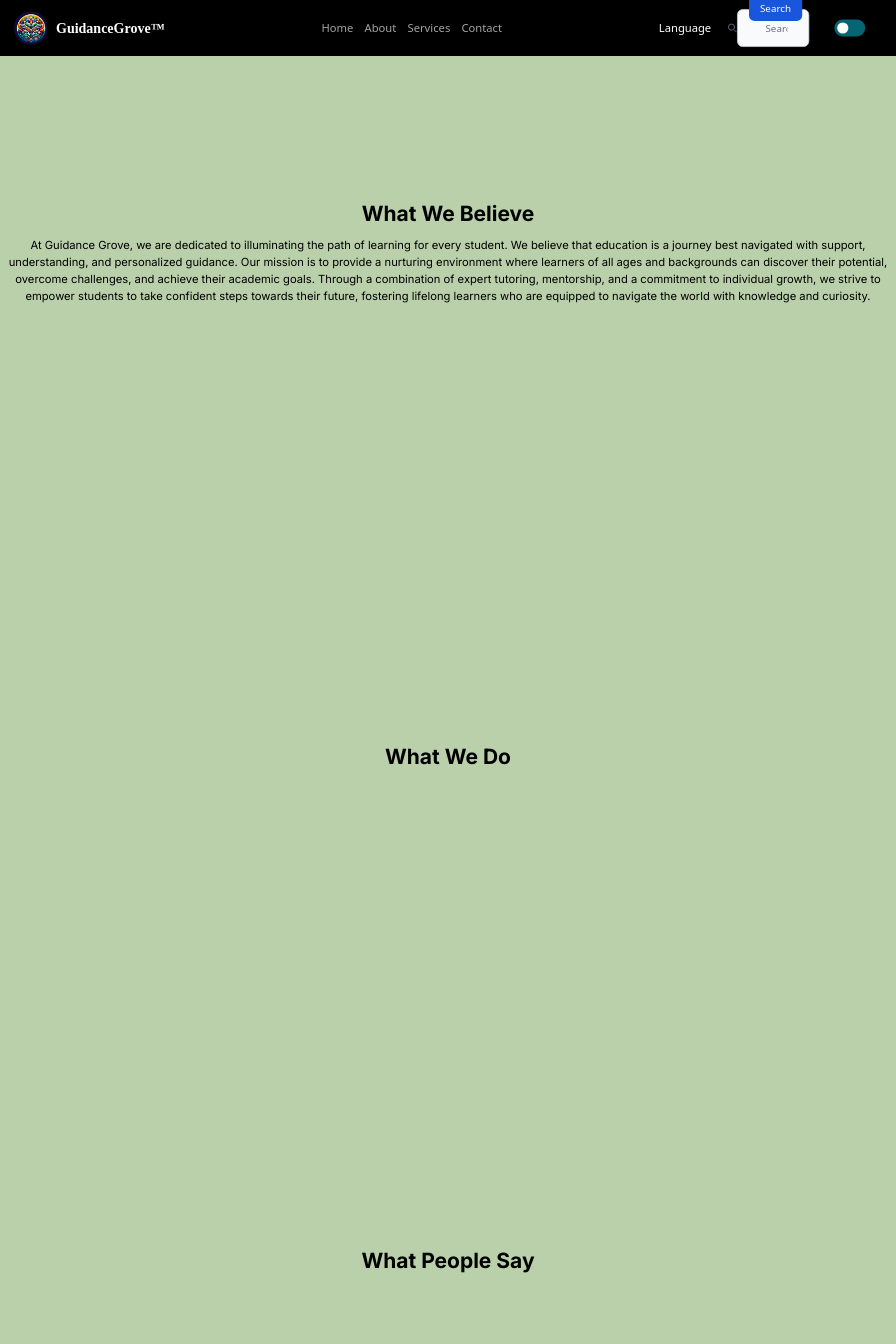
Repository: PositiveGuy/GuidanceGrove
Page: /
These files come from the project's save history. The page is drawn as it stood at one moment and after the next save; the edit follows.
The browser window is 1280 px wide. The pictures show the part of the page from y = 0 to 1920 px (the page is 3874 px tall), at 70% of full size.
The project was rebuilt for these pictures with package versions that can differ from the ones it lists, and the page was loaded fresh each time. The framework's server and built-in components were replaced by stand-ins that run in the browser. Also part of the build but not shown: next.config.js.

Above is the page before, as saved 2023-12-28 14:28:13.

After the next save:
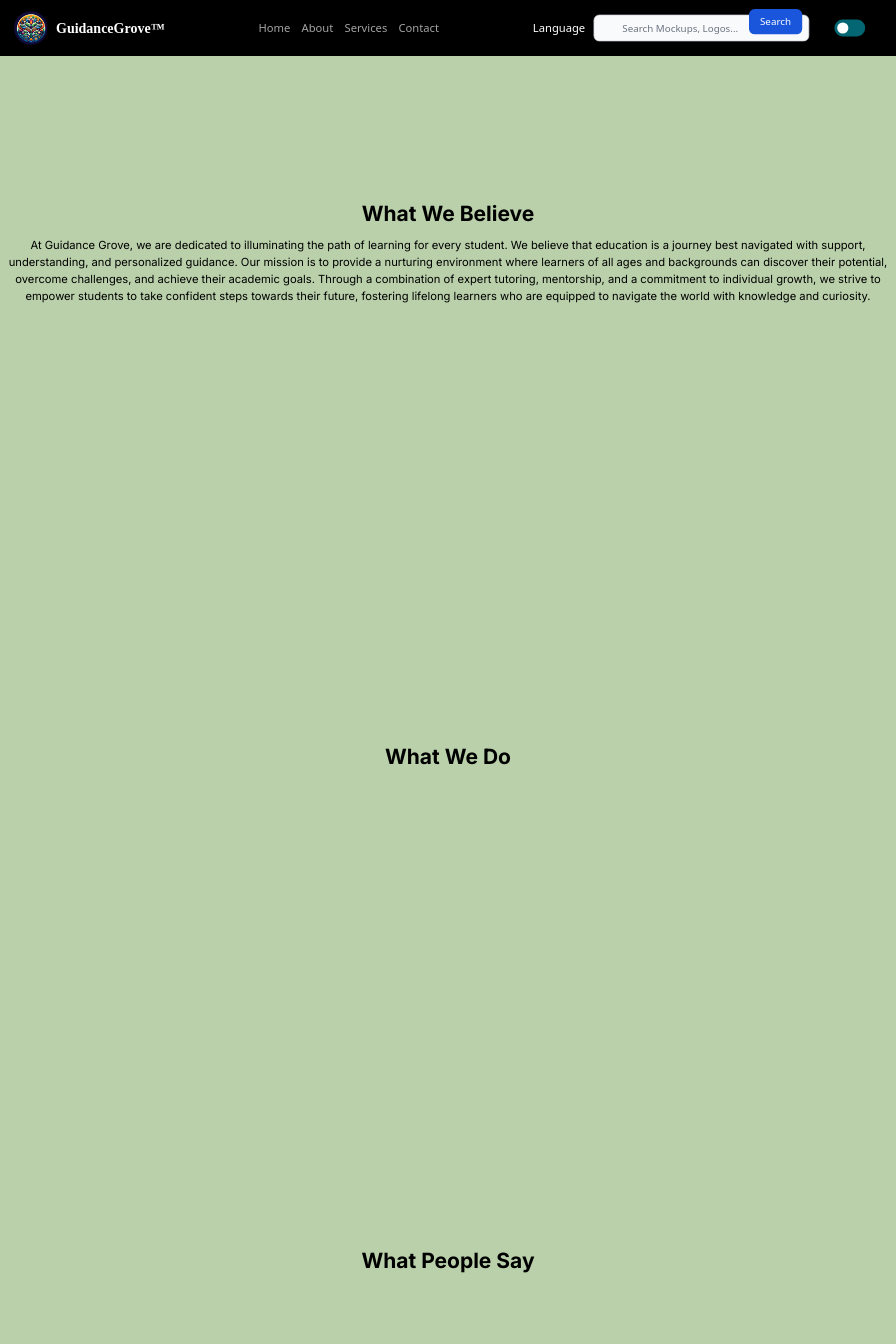
Saved 2 min 0 s later.
--- a/src/components/SearchBar.tsx
+++ b/src/components/SearchBar.tsx
@@ -1,27 +1,22 @@
 export default function SearchBar() {
     return (
-
-
-        <form>
+        <form className="flex items-center">
             <label htmlFor="default-search" className="mb-2 text-sm font-medium text-gray-900 sr-only dark:text-white">Search</label>
-            <div className="relative w-32">
-                <div className="absolute inset-y-0 start-0 flex items-center ps-3 pointer-events-none">
-                    <svg className="w-4 h-4 text-gray-500 dark:text-gray-400" aria-hidden="true" xmlns="http://www.w3.org/2000/svg" fill="none" viewBox="0 0 20 20">
-                        <path stroke="currentColor" stroke-linecap="round" stroke-linejoin="round" stroke-width="2" d="m19 19-4-4m0-7A7 7 0 1 1 1 8a7 7 0 0 1 14 0Z" />
+            <div className="relative flex-grow">
+                <div className="absolute inset-y-0 left-0 flex items-center pl-3 pointer-events-none">
+                    <svg className="w-5 h-5 text-gray-500 dark:text-gray-400" aria-hidden="true" xmlns="http://www.w3.org/2000/svg" fill="none" viewBox="0 0 24 24">
+                        <path strokeLinecap="round" strokeLinejoin="round" strokeWidth={2} d="m19 19-4-4m0-7A7 7 0 1 1 1 8a7 7 0 0 1 14 0Z" />
                     </svg>
-                    <input
-                        type="search"
-                        id="default-search"
-                        className="block w-full p-4 pl-10 text-sm text-gray-900 border border-gray-300 rounded-lg bg-gray-50 focus:ring-blue-500 focus:border-blue-500 dark:bg-gray-700 dark:border-gray-600 dark:placeholder-gray-400 dark:text-white dark:focus:ring-blue-500 dark:focus:border-blue-500"
-                        placeholder="Search Mockups, Logos..."
-                        required
-                    />
-                    <button type="submit" className="text-white absolute end-2.5 bottom-2.5 bg-blue-700 hover:bg-blue-800 focus:ring-4 focus:outline-none focus:ring-blue-300 font-medium rounded-lg text-sm px-4 py-2 dark:bg-blue-600 dark:hover:bg-blue-700 dark:focus:ring-blue-800">Search</button>
                 </div>
-
+                <input
+                    type="search"
+                    id="default-search"
+                    className="block w-full pl-10 pr-16 py-2 text-sm text-gray-900 border border-gray-300 rounded-lg bg-gray-50 focus:ring-blue-500 focus:border-blue-500 dark:bg-gray-700 dark:border-gray-600 dark:placeholder-gray-400 dark:text-white dark:focus:ring-blue-500 dark:focus:border-blue-500"
+                    placeholder="Search Mockups, Logos..."
+                    required
+                />
+                <button type="submit" className="text-white absolute right-2.5 bottom-2.5 bg-blue-700 hover:bg-blue-800 focus:ring-4 focus:outline-none focus:ring-blue-300 font-medium rounded-lg text-sm px-4 py-2 dark:bg-blue-600 dark:hover:bg-blue-700 dark:focus:ring-blue-800">Search</button>
             </div>
         </form>
-
-
-    )
+    );
 }
